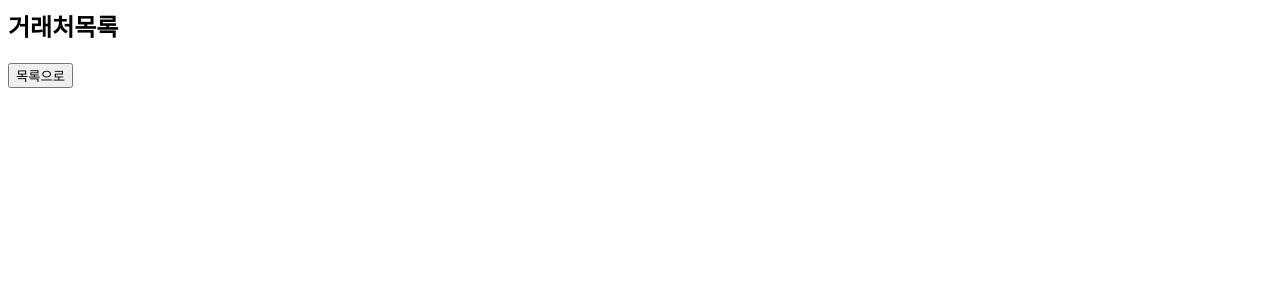
Repository: 2022-kh-final-mothlymoon/moon-back
Page: http://localhost/sellermoon/store/read.jsp
An editor plug-in stored every save of this project. The page is shown before and after the next save, followed by the edit.
The browser window is 1280 px wide. The pictures show the whole page.
The page is served by Tomcat 9. Other server files are loaded and not shown.

Above is the page before, as saved 2022-10-23 14:30:33.

### sellermoon/src/main/webapp/store/read.jsp

<%@ page language="java" contentType="text/html; charset=UTF-8"
	pageEncoding="UTF-8"%>
<%@ page import="java.util.*, kh.sellermoon.admin.vo.StoreVO"%>
<%@ taglib prefix="c" uri="http://java.sun.com/jsp/jstl/core"%>
<%
int STORE_NO = 0;
int MD_NO = 0;
String STORE_CONTACT = "";
String STORE_MANAGER = "";
String STORE_MEMO = "";
String STORE_YN = "";
String FIELD = "";
List<Map<String, Object>> storeList = (List<Map<String, Object>>) request.getAttribute("storeList");
if (storeList != null && storeList.size() > 0) {
	/* STORE_NO = storeList.get(0).get("STORE_NO").toString();
	MD_NO = storeList.get(0).get("MD_NO").toString(); */
	STORE_CONTACT = storeList.get(0).get("STORE_CONTACT").toString();
	STORE_MANAGER = storeList.get(0).get("STORE_MANAGER").toString();
	STORE_MEMO = storeList.get(0).get("STORE_MEMO").toString();
	STORE_YN = storeList.get(0).get("STORE_YN").toString();
	FIELD = storeList.get(0).get("FIELD").toString();
}
%>
<script type="text/javascript">
	console.log('f_boardUpd호출 성공');
	console.log('${STORE_NO}');

	function dlgUpd_save() {
		$("#f_boardUpd").submit();
	}
	function dlgUpd_close() {
		location.href = "./storeList";
	}
</script>
<!DOCTYPE html>
<html lang="en" xmlns:th="http://www.w3.org/1999/xhtml">
<head>
<meta charset="UTF-8">
<title>거래처목록 view</title>
</head>

<body>
	<h2>거래처목록</h2>
	     <form id="frm" method="post">
	<c:forEach var="storeList" items="${storeList}">
	<label>FIELD</label>
	<input value="${storeList.FIELD}"></input><br/>
	<label>STORE_YN</label>
	<input value="${storeList.STORE_YN}"></input><br/>
	<label>STORE_CONTACT</label>
	<input value="${storeList.STORE_CONTACT}"></input><br/>
	<label>STORE_MANAGER</label>
	<input value="${storeList.STORE_MANAGER}"></input><br/>
	<label>STORE_MEMO</label>
	<input value="${storeList.STORE_MEMO}"></input>
<input type="hidden" name="STORE_NO" value="${storeList.STORE_NO}">
	</c:forEach>
        </form>

        <input  type="button" id="list" value="목록으로">
        <a href="./storeUpdate" type="button" id="edit" value="수정하기"/>
       <!--  <input type="button" id="delete" value="삭제하기"> -->
  <script type="text/javascript">
  function dlgUpd_save(){
		$("#frm").submit();
	}
        </script>
</body>
</html>

After the next save:
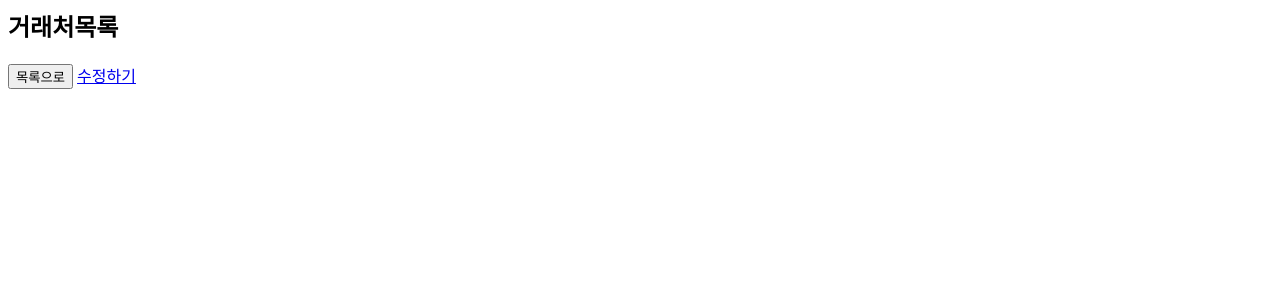
Saved 17 s later.
--- a/sellermoon/src/main/webapp/store/read.jsp
+++ b/sellermoon/src/main/webapp/store/read.jsp
@@ -59,7 +59,7 @@ if (storeList != null && storeList.size() > 0) {
         </form>
 
         <input  type="button" id="list" value="목록으로">
-        <a href="./storeUpdate" type="button" id="edit" value="수정하기"/>
+        <a href="./storeUpdate" type="button" id="edit">수정하기</a>
        <!--  <input type="button" id="delete" value="삭제하기"> -->
   <script type="text/javascript">
   function dlgUpd_save(){
